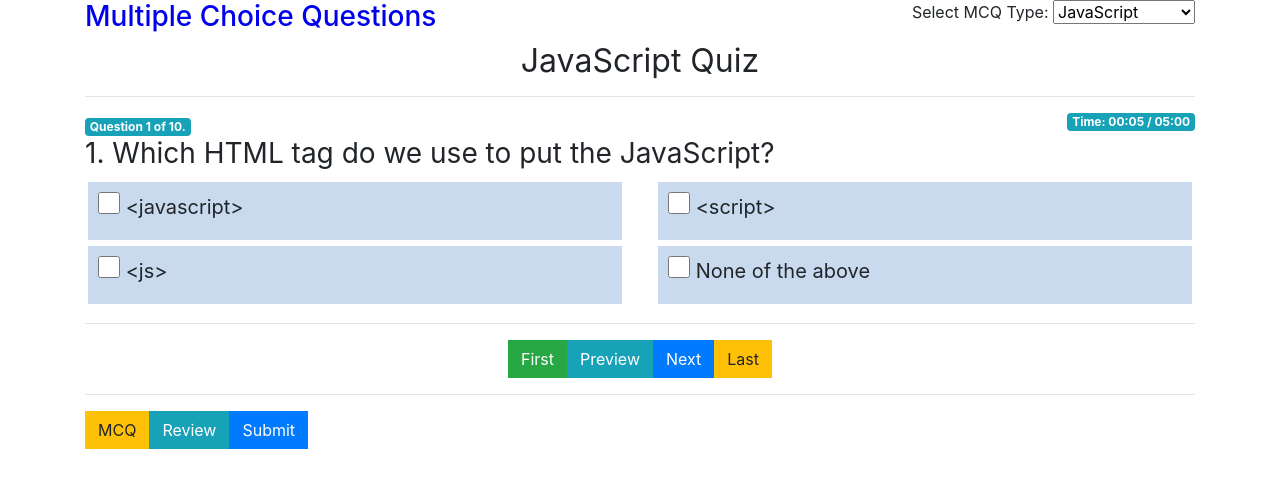
Repository: 2016272041/Online-Ass-Test1-
Page: /
An editor plug-in stored every save of this project. The page is shown before and after the next save, followed by the edit.
The browser window is 1280 px wide. The pictures show the whole page.
The project was rebuilt for these pictures with package versions that can differ from the ones it lists, and the page was loaded fresh each time. Also part of the build but not shown: angular.json.

Above is the page before, as saved 2019-07-23 15:40:34.

### src/app/quiz/quiz.component.ts
import { Component, OnInit } from '@angular/core';

import { QuizService } from '../services/quiz.service';
import { HelperService } from '../services/helper.service';
import { Option, Question, Quiz, QuizConfig } from '../models/index';

@Component({
  selector: 'app-quiz',
  templateUrl: './quiz.component.html',
  styleUrls: ['./quiz.component.css'],
  providers: [QuizService]
})
export class QuizComponent implements OnInit {
  quizes: any[];
  quiz: Quiz = new Quiz(null);
  mode = 'quiz';
  quizName: string;
  config: QuizConfig = {
    'allowBack': true,
    'allowReview': true,
    'autoMove': false,  // if true, it will move to next question automatically when answered.
    'duration': 300,  // indicates the time (in secs) in which quiz needs to be completed. 0 means unlimited.
    'pageSize': 1,
    'requiredAll': false,  // indicates if you must answer all the questions before submitting.
    'richText': false,
    'shuffleQuestions': false,
    'shuffleOptions': false,
    'showClock': false,
    'showPager': true,
    'theme': 'none'
  };

  pager = {
    index: 0,
    size: 1,
    count: 1
  };
  timer: any = null;
  startTime: Date;
  endTime: Date;
  ellapsedTime = '00:00';
  duration = '';

  constructor(private quizService: QuizService) { }

  ngOnInit() {
    this.quizes = this.quizService.getAll();
    this.quizName = this.quizes[0].id;
    this.loadQuiz(this.quizName);
  }

  loadQuiz(quizName: string) {
    this.quizService.get(quizName).subscribe(res => {
      this.quiz = new Quiz(res);
      this.pager.count = this.quiz.questions.length;
      this.startTime = new Date();
      this.ellapsedTime = '00:00';
      this.timer = setInterval(() => { this.tick(); }, 1000);
      this.duration = this.parseTime(this.config.duration);
    });
    this.mode = 'quiz';
  }

  tick() {
    const now = new Date();
    const diff = (now.getTime() - this.startTime.getTime()) / 1000;
    if (diff >= this.config.duration) {
      this.onSubmit();
    }
    this.ellapsedTime = this.parseTime(diff);
  }

  parseTime(totalSeconds: number) {
    let mins: string | number = Math.floor(totalSeconds / 60);
    let secs: string | number = Math.round(totalSeconds % 60);
    mins = (mins < 10 ? '0' : '') + mins;
    secs = (secs < 10 ? '0' : '') + secs;
    return `${mins}:${secs}`;
  }

  get filteredQuestions() {
    return (this.quiz.questions) ?
      this.quiz.questions.slice(this.pager.index, this.pager.index + this.pager.size) : [];
  }

  onSelect(question: Question, option: Option) {
    if (question.questionTypeId === 1) {
      question.options.forEach((x) => { if (x.id !== option.id) x.selected = false; });
    }

    if (this.config.autoMove) {
      this.goTo(this.pager.index + 1);
    }
  }

  goTo(index: number) {
    if (index >= 0 && index < this.pager.count) {
      this.pager.index = index;
      this.mode = 'quiz';
    }
  }

  isAnswered(question: Question) {
    return question.options.find(x => x.selected) ? 'Answered' : 'Not Answered';
  };

  isCorrect(question: Question) {
    return question.options.every(x => x.selected === x.isAnswer) ? 'correct' : 'wrong';
  };

  onSubmit() {
    let answers = [];
    this.quiz.questions.forEach(x => answers.push({ 'quizId': this.quiz.id, 'questionId': x.id, 'answered': x.answered }));

    // Post your data to the server here. answers contains the questionId and the users' answer.
    console.log(this.quiz.questions);
    this.mode = 'result';
  }
}

### src/app/quiz/quiz.component.html
<div class="row">
  <div class="col-6">
    <h3><font color="light green">Multiple Choice Questions</font></h3>
  </div>
  <div class="col-6 text-right">
    Select MCQ Type:
    <select [(ngModel)]="quizName" (change)="loadQuiz(quizName)">
      <option *ngFor="let quiz of quizes" [value]="quiz.id">{{quiz.name}}</option>
    </select>
  </div>
</div>
<div id="quiz">
  <h2 class="text-center font-weight-normal">{{quiz.name}}</h2>
  <hr />

  <div *ngIf="mode=='quiz' && quiz">
    <div *ngFor="let question of filteredQuestions;">
      <div class="badge badge-info">Question {{pager.index + 1}} of {{pager.count}}.</div>
      <div *ngIf="config.duration" class="badge badge-info float-right">Time: {{ellapsedTime}} / {{duration}}</div>
      <h3 class="font-weight-normal">{{pager.index + 1}}.
        <span [innerHTML]="question.name"></span>
      </h3>
      <div class="row text-left options">
        <div class="col-6" *ngFor="let option of question.options">
          <div class="option">
            <label class="font-weight-normal" [attr.for]="option.id">
              <input id="{{option.id}}" type="checkbox" [(ngModel)]="option.selected" (change)="onSelect(question, option);" /> {{option.name}}
            </label>
          </div>
        </div>
      </div>
    </div>
    <hr />
    <div class="text-center">
      <button class="btn btn-success" *ngIf="config.allowBack" (click)="goTo(0);">First</button>
      <button class="btn btn-info" *ngIf="config.allowBack" (click)="goTo(pager.index - 1);">Preview</button>
      <button class="btn btn-primary" (click)="goTo(pager.index + 1);">Next</button>
      <button class="btn btn-warning" *ngIf="config.allowBack" (click)="goTo(pager.count - 1);">Last</button>
      <!--<pagination *ngIf="config.showPager" direction-links="false" total-items="totalItems" items-per-page="itemsPerPage" ng-model="currentPage" ng-change="pageChanged()"></pagination>-->
    </div>
  </div>

  <div class="row text-center" *ngIf="mode=='review'">
    <div class="col-4 cursor-pointer" *ngFor="let question of quiz.questions; let index = index;">
      <div (click)="goTo(index)" class="p-3 mb-2 {{ isAnswered(question) == 'Answered'? 'bg-info': 'bg-warning' }}">{{index + 1}}. {{ isAnswered(question) }}</div>
    </div>
  </div>
  <div class="result" *ngIf="mode=='result'">
    <h2>Quiz Result</h2>
    <div *ngFor="let question of quiz.questions; let index = index">
      <div class="result-question">
        <h5>{{index + 1}}. {{question.name}}</h5>
        <div class="row">
          <div class="col-6" *ngFor="let Option of question.options">
            <input id="{{Option.id}}" type="checkbox" disabled="disabled" [(ngModel)]="Option.selected" /> {{Option.name}}
          </div>
        </div>
        <div class="p-1 m-2 alert {{ isCorrect(question) == 'correct'? 'alert-success': 'alert-danger'}}">Your answer is {{isCorrect(question)}}.</div>
      </div>
    </div>
    <h4 class="alert alert-info text-center">You may close this window now.</h4>
  </div>
  <hr />
  <div *ngIf="mode!='result'">
    <button class="btn btn-warning" (click)="mode = 'quiz'">MCQ</button>
    <button class="btn btn-info" (click)="mode = 'review'">Review</button>
    <button class="btn btn-primary" (click)="onSubmit();">Submit</button>
  </div>
</div>

### src/app/services/quiz.service.ts
import { HttpClient } from '@angular/common/http';
import { Injectable } from '@angular/core';

@Injectable()
export class QuizService {

  constructor(private http: HttpClient) { }

  get(url: string) {
    return this.http.get(url);
  }

  getAll() {
    return [
      { id: 'data/javascript.json', name: 'JavaScript' },
      { id: 'data/aspnet.json', name: 'Asp.Net' },
      { id: 'data/csharp.json', name: 'C Sharp' },
      { id: 'data/designPatterns.json', name: 'Design Patterns' }
    ];
  }

}

Loaded but not shown: src/index.html (common file); src/styles.css (common file); src/main.ts (common file); src/app/app.module.ts (common file); src/environments/environment.ts (common file); src/app/app.component.ts (common file); src/app/app.component.html (common file); src/app/models/index.ts (common file); src/app/models/option.ts (common file); src/app/models/question.ts (common file); src/app/models/quiz.ts (common file); src/app/models/quiz-config.ts (common file); src/data/javascript.json (common file); src/app/app.component.css (no stored copy; drawn as an empty file); src/app/quiz/quiz.component.css (no stored copy; drawn as an empty file)

After the next save:
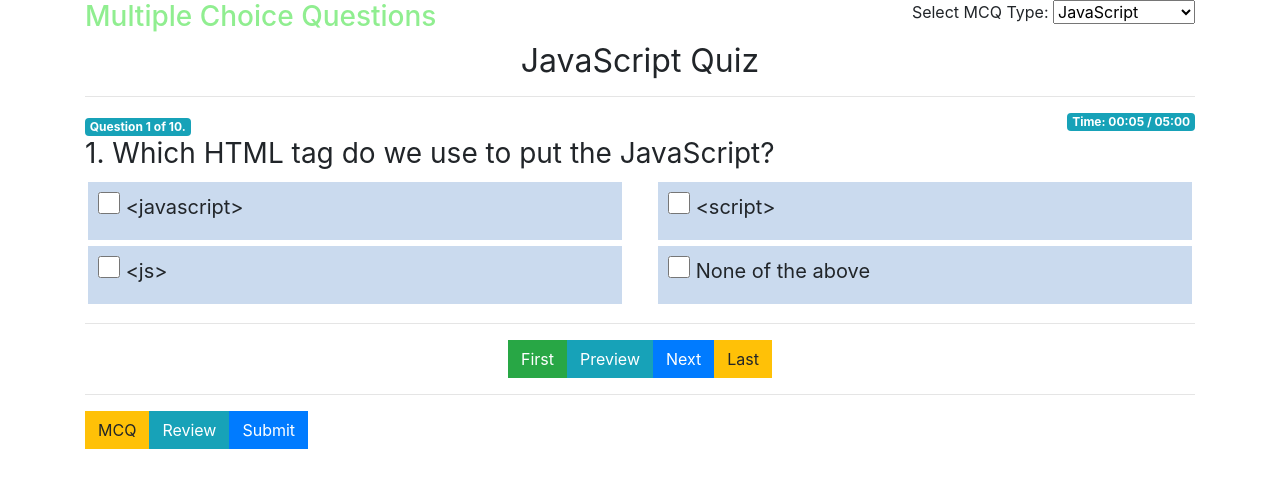
Saved 7 s later.
--- a/src/app/quiz/quiz.component.html
+++ b/src/app/quiz/quiz.component.html
@@ -1,6 +1,6 @@
 <div class="row">
   <div class="col-6">
-    <h3><font color="light green">Multiple Choice Questions</font></h3>
+    <h3><font color="lightgreen">Multiple Choice Questions</font></h3>
   </div>
   <div class="col-6 text-right">
     Select MCQ Type:
